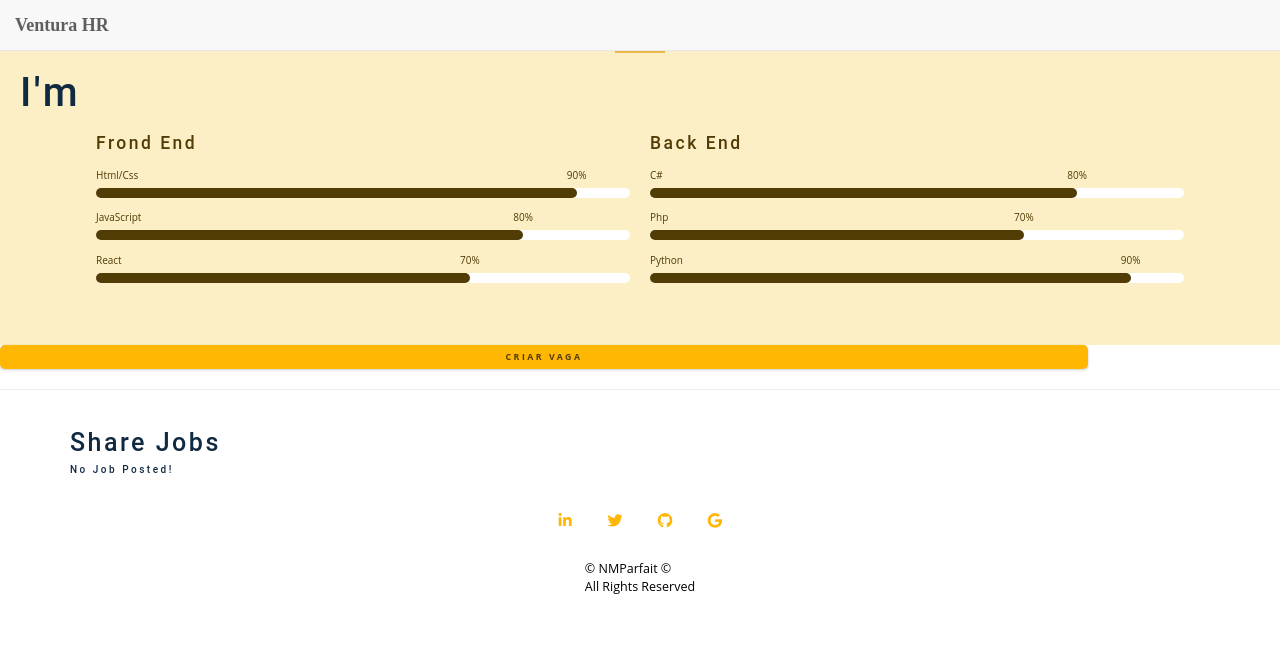
Repository: nmparfait/HumanResources-Ventura
Page: http://localhost/venturaWeb/WEB-INF/jsp/empresa/home.jsp
The author's editor kept a copy of each file at every save. The page is drawn from the files as they stood at one save, then again after the next save.
The browser window is 1280 px wide. The pictures show the whole page.
Some web fonts or font styles are not loaded; a fallback is used. Some web libraries are served in a nearby version. The page is served by Tomcat 9. Nobody is signed in. The template is opened directly, without the code that normally fills it, so the values that code supplies are empty.

Above is the page before, as saved 2021-09-27 22:36:59.

After the next save:
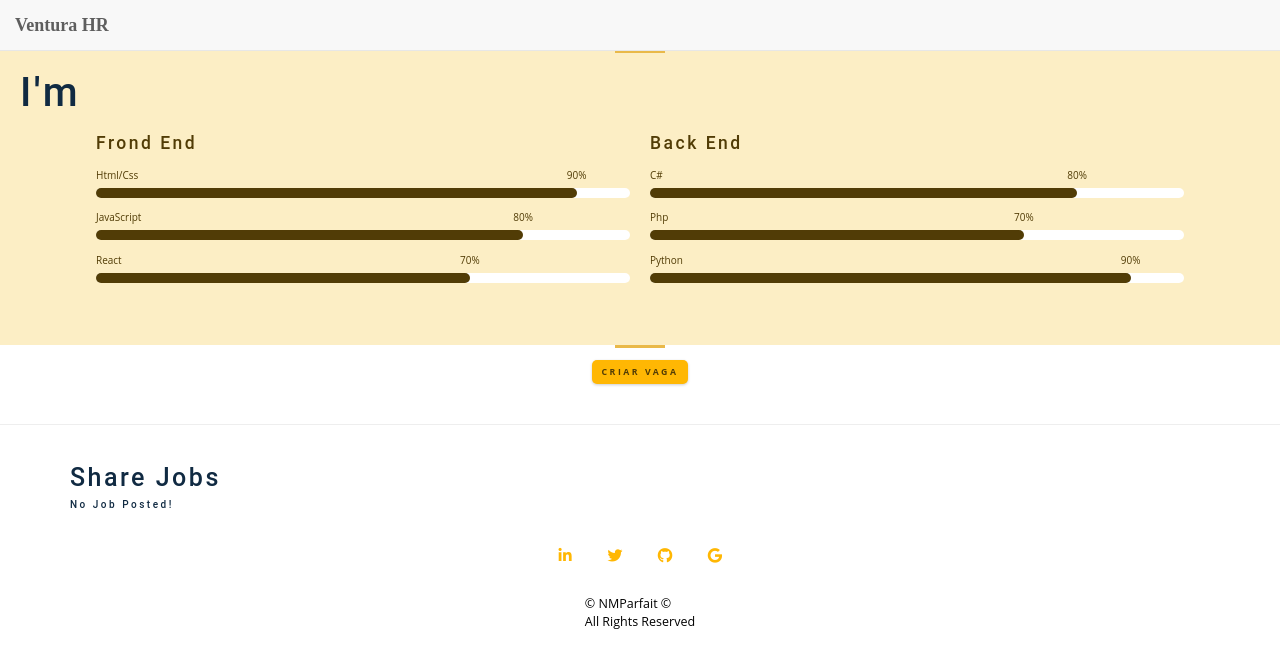
Saved 2 min 11 s later.
--- a/venturaWeb/src/main/webapp/WEB-INF/jsp/empresa/home.jsp
+++ b/venturaWeb/src/main/webapp/WEB-INF/jsp/empresa/home.jsp
@@ -119,11 +119,14 @@
     </section>
 
     <!-- end of skills -->
-		    <div class="form-group">
-		        <form action="/postarVaga" method="get">
-		            <button type="submit" class="btn btn-default section-center">Criar Vaga</button>
+    		<div class="section-title">
+
+        		<div class="underline"></div>
+        		<form action="/postarVaga" method="get">
+		            <button type="submit" class="btn btn-default ">Criar Vaga</button>
 		        </form>
-		    </div>
+      		</div>
+
 		</div>
 		<hr>
 		<div class="container">
